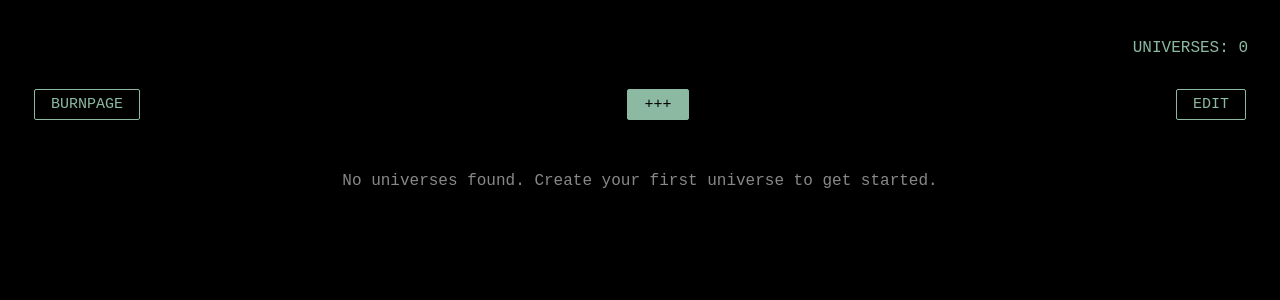
Repository: 11612x/burnlistv1.1
Page: /universes
These files come from the project's save history. The page is drawn as it stood at one moment and after a run of saves; the edit follows.
The browser window is 1280 px wide. The pictures show the whole page.
The project was rebuilt for these pictures with package versions that can differ from the ones it lists, and the page was loaded fresh each time. Also part of the build but not shown: vite.config.js, src/components/CustomTooltip.jsx, src/logic/portfolioUtils.js, src/components/WatchlistChart.jsx, src/data/randomNames.js, src/data/mockTickerGenerator.js, src/components/NotificationBanner.jsx, src/pages/HomePage.jsx and 21 more.

Above is the page before, as saved 2025-07-25 16:01:16.

After the next 2 saves:
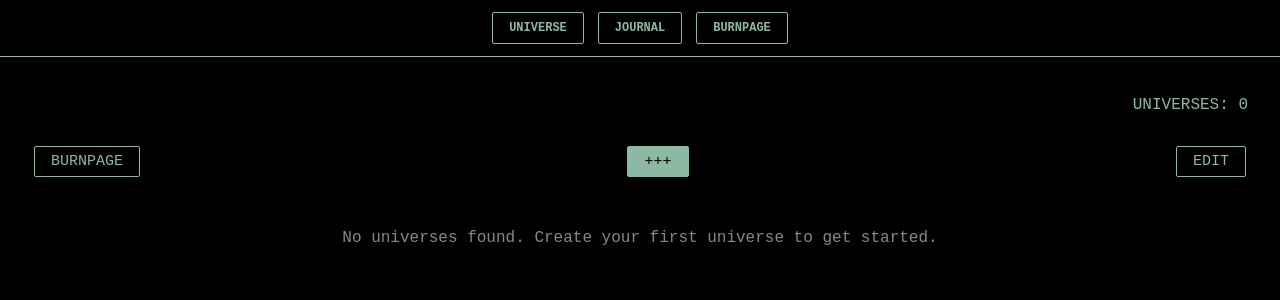
The 2 saves are shown as one change because 1 did not build or start.
The last was saved 56 s later.
--- a/src/pages/UniverseHomePage.jsx
+++ b/src/pages/UniverseHomePage.jsx
@@ -171,15 +171,20 @@ const UniverseHomePage = () => {
   const sortedUniverses = useMemo(() => Object.values(universes), [universes]);
 
   return (
-    <div style={{ fontFamily: 'Courier New', color: green, backgroundColor: black, minHeight: '100vh', padding: '32px' }}>
-      <div style={{ display: 'flex', justifyContent: 'space-between', marginBottom: 24 }}>
-        <div>
-          <strong style={{ fontSize: '170%', color: black }}>UNIVERSE SCREENER</strong>
+    <div style={{ fontFamily: 'Courier New', color: green, backgroundColor: black, minHeight: '100vh', padding: '0' }}>
+      {/* Navigation Bar */}
+      <NavigationBar />
+
+      {/* Main Content */}
+      <div style={{ padding: '32px' }}>
+        <div style={{ display: 'flex', justifyContent: 'space-between', marginBottom: 24 }}>
+          <div>
+            <strong style={{ fontSize: '170%', color: black }}>UNIVERSE SCREENER</strong>
+          </div>
+          <div style={{ display: 'flex', alignItems: 'center', gap: 10 }}>
+            <span style={{ color: green }}>UNIVERSES: {Object.keys(universes).length}</span>
+          </div>
         </div>
-        <div style={{ display: 'flex', alignItems: 'center', gap: 10 }}>
-          <span style={{ color: green }}>UNIVERSES: {Object.keys(universes).length}</span>
-        </div>
-      </div>
 
       <div style={{ display: 'flex', justifyContent: 'space-between', alignItems: 'center', marginBottom: 16 }}>
         <style>
@@ -391,6 +396,7 @@ const UniverseHomePage = () => {
           );
         })}
       </div>
+      </div>
     </div>
   );
 };
